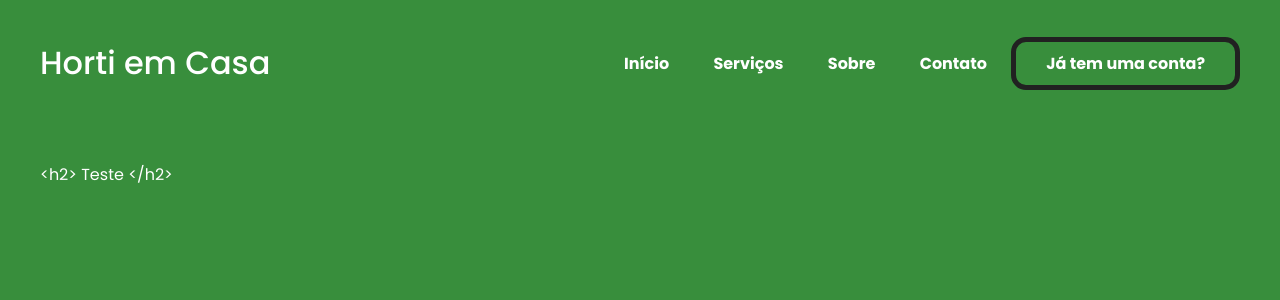
Repository: gabrielcastroo/horti-em-casa
Page: index.html
An editor plug-in stored every save of this project. The page is shown before and after the next save, followed by the edit.
The browser window is 1280 px wide. The pictures show the whole page.
Empty fields were first filled with sample values (such as "Sample", 5 or name@example.com).
After loading, the first visible `#submit` was clicked once.

Above is the page before, as saved 2022-04-26 15:04:43.

### index.html
<!DOCTYPE html>
<html lang="pt-br">
<head>
    <meta charset="UTF-8">
    <meta http-equiv="X-UA-Compatible" content="IE=edge">
    <link href="styles/style.css" rel="stylesheet">
    <link href="styles/fonts.css" rel="stylesheet">
    <link href="/styles/media.css" rel="stylesheet">
    <title>Horti em Casa</title>
</head>
<body>
    <header>
        <div>
            <h1>
                Horti em Casa
            </h1>
        </div>

        <ul>
            <a href="#"><li>Início</li></a>
            <a href="#"><li>Serviços</li></a>
            <a href="#"><li>Sobre</li></a>
            <a href="#"><li>Contato</li></a>
            <a href="#" id="inscrever"><li>Já tem uma conta?</li></a>
        </ul>
    </header>

    <main>
        <aside>
            <h2>
                <span>
                    Faça Parte Agora
                </span>
            </h2>
            <h2>
                do Horti em Casa!
            </h2>
            <p>
                O melhor lugar para encontrar os melhores produtos orgânicos da sua região!
                Apoie agricultores locais e encontre os melhores produtos perto de você!
                Não tem nada melhor que nossa casa então venha para Horti em Casa
            </p>
            <form>
                <input type = "text" id = "name" placeholder = "Nome">
                <input type = "email" id = "email" placeholder = "E-mail">
                <input type = "submit" value = "Quero Participar" id="submit">
            </form>
        </aside>

        <article>
            <img src="components/images/legumes.png" alt = "legumes">
        </article>
    </main>
    <script src="js/script.js"></script>
</body>
</html>

### styles/style.css
body{
    /* background-color: rgba(#388E3C); */
    background-color: rgb(56, 142, 60);
    color: white;
    font-family: poppinsregular;
    max-Width: 1200px;
    margin: 0 auto;
    padding: 15px;
}

aside {
    display: flex;
    align-items: center;
    flex-direction: column;
}

header {
    display: flex; /* disposição dos elementos*/
    flex-direction: row;
    justify-content: space-between;
    align-items: center;

}

#title {
    flex-direction: column;
    line-height: 10px;

}

li{
    display: inline-block;
    margin: 20px;
}

a{
    color: white;
    font-family: poppinsbold;
}

a:hover {
    color: rgb(33, 33, 33);
    transition: 0.3s all;
}

#inscrever {
    border: 5px solid rgb(33, 33, 33);
    padding:10px;
    border-radius: 15px;
}

#inscrever:hover {
    background-color: rgb(33, 33, 33);
    color: white;
}

h1 {
    font-weight: 400;
    font-family: poppinsmedium;
}

h2{
    font-size: 50px;
    line-height: 15px;
    font-family: poppinsmedium;
}

main {
    display: flex; /* disposição dos elementos*/
    flex-direction: row;
    margin-top: 50px;
}

span{
    color: rgb(33, 33, 33)
}

p{
    line-height: 20px;
    max-width: 500px;
    font-family: poppinslight;
}

img {
    width: 380px;
    padding-left: 250px;
}

form {
    display: flex;
    flex-direction: column;
    width: 70%;
}

#submit {
    height: 20px;
    width: 100%;
    background-color: rgb(33,33,33);
    color: white;
    font-weight: bold;
    padding-bottom: 30px;
}

#submit:hover {
    cursor: pointer;
}

input {
    margin-top: 20px;
    height: 20px;
    padding: 15px;
    border-radius: 20px;
    border: none;
    font-size: 15px;
}

### styles/fonts.css
@font-face {
    font-family: 'poppinsblack';
    src: url('../components/fonts/poppins-black-webfont.woff2') format('woff2'),
         url('../components/fonts/poppins-black-webfont.woff') format('woff');
    font-weight: normal;
    font-style: normal;

  }




  @font-face {
    font-family: 'poppinsbold';
    src: url('../components/fonts/poppins-bold-webfont.woff2') format('woff2'),
         url('../components/fonts/poppins-bold-webfont.woff') format('woff');
    font-weight: normal;
    font-style: normal;

  }


  @font-face {
    font-family: 'poppinslight';
    src: url('../components/fonts/poppins-light-webfont.woff2') format('woff2'),
         url('../components/fonts/poppins-light-webfont.woff') format('woff');
    font-weight: normal;
    font-style: normal;

  }


  @font-face {
    font-family: 'poppinsmedium';
    src: url('../components/fonts/poppins-medium-webfont.woff2') format('woff2'),
         url('../components/fonts/poppins-medium-webfont.woff') format('woff');
    font-weight: normal;
    font-style: normal;

  }

  @font-face {
    font-family: 'poppinsregular';
    src: url('../components/fonts/poppins-regular-webfont.woff2') format('woff2'),
         url('../components/fonts/poppins-regular-webfont.woff') format('woff');
    font-weight: normal;
    font-style: normal;

  }

  @font-face {
    font-family: 'poppinssemibold';
    src: url('../components/fonts/poppins-semibold-webfont.woff2') format('woff2'),
         url('../components/fonts/poppins-semibold-webfont.woff') format('woff');
    font-weight: normal;
    font-style: normal;

  }

### styles/media.css
@media screen and (max-width: 1148px){

    a {
        font-size: 2.5em;
    }

    p {
        font-size: 1.1em;
    }

    header {
        flex-direction: column;
    }

    main {
        flex-direction: column;
    }

    h2 {
        font-size: 1.5em;
    }

    form {
        margin: 0 auto;

    }

    #submit {
        padding: 15px;
        font-size: 2em;
        width: 28rem;
        height: 2.2em;
    }

    input{
        align-self: center;
        font-size: 2em;
        height: 1.5em;
    }

    img{
        display: none;
    }

    ul {
        text-align: center;
    }
}

### js/script.js
var input = document.querySelector("#submit");


input.addEventListener("click", function(e) {

    e.preventDefault();
    const name = document.querySelector("#name").value;
    const email = document.querySelector("#email").value;
    const content = document.querySelector("main");

    content.textContent = "<h2> Teste </h2>";
    console.log(name + " " + email)

})

After the next save:
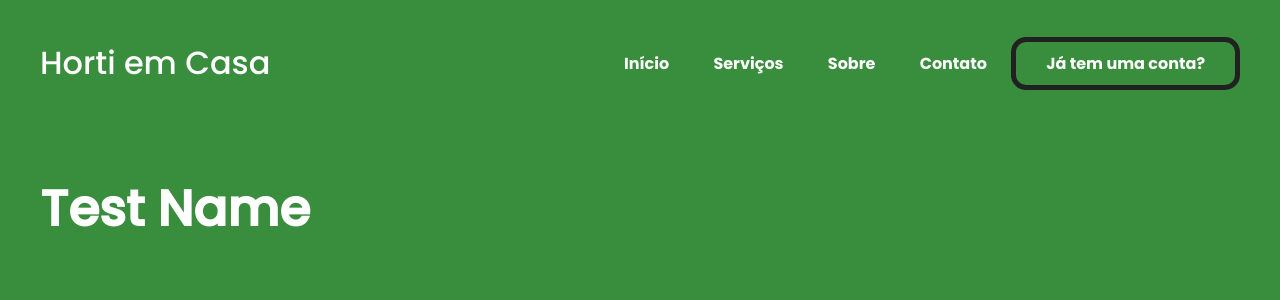
Saved 64 s later.
--- a/js/script.js
+++ b/js/script.js
@@ -8,7 +8,7 @@
     const email = document.querySelector("#email").value;
     const content = document.querySelector("main");
 
-    content.textContent = "<h2> Teste </h2>";
+    content.innerHTML="<h2> Test Name </h2";
     console.log(name + " " + email)
 
 })
